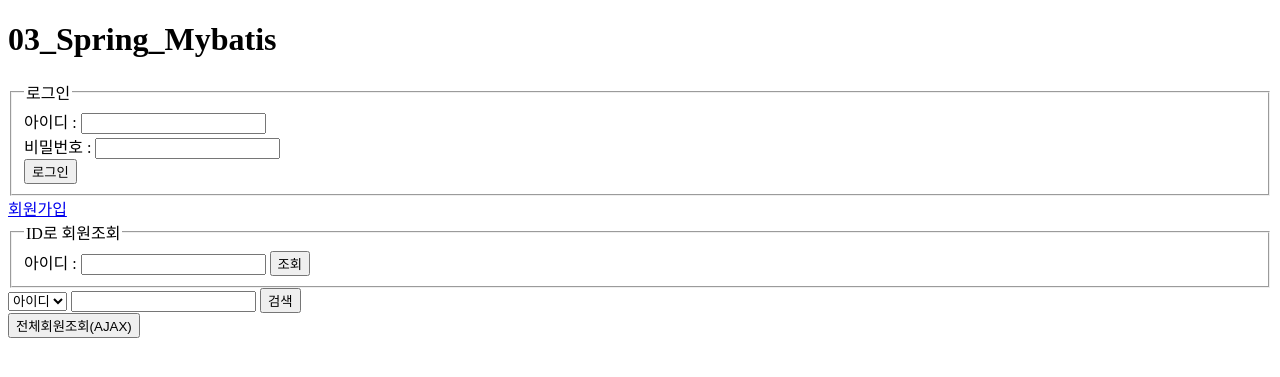
Repository: ParkHyeonju12/Spring
Page: http://localhost/004_Spring_AOP/
These files come from the project's save history. The page is drawn as it stood at one moment and after the next save; the edit follows.
The browser window is 1280 px wide. The pictures show the whole page.
The page is served by Tomcat 9.

Above is the page before, as saved 2022-10-12 09:42:17.

After the next save:
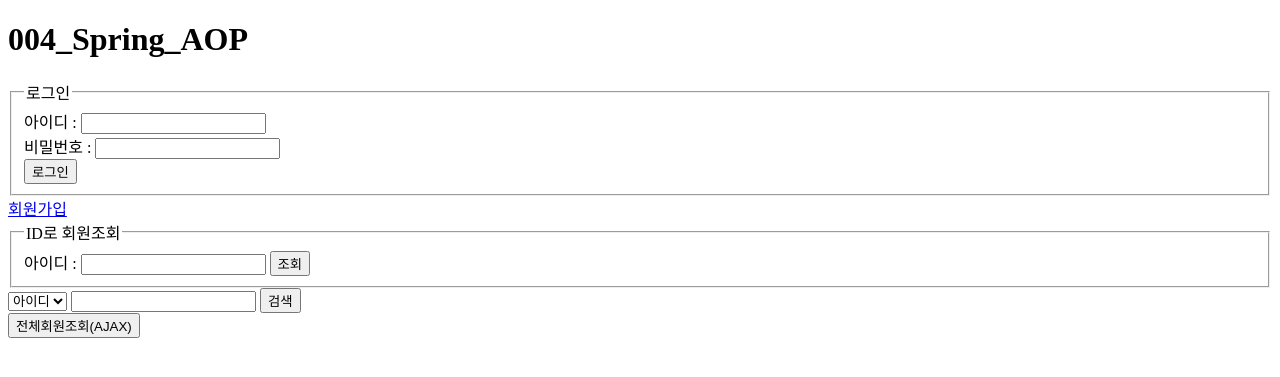
Saved 99 s later.
--- a/004_Spring_AOP/src/main/webapp/index.jsp
+++ b/004_Spring_AOP/src/main/webapp/index.jsp
@@ -9,7 +9,7 @@
 <script src="https://code.jquery.com/jquery-3.6.1.js"></script>
 </head>
 <body>
-	<h1>03_Spring_Mybatis</h1>
+	<h1>004_Spring_AOP</h1>
 	<c:choose>
 		<c:when test="${empty sessionScope.m }">
 			<form action="/login.do" method="post">
